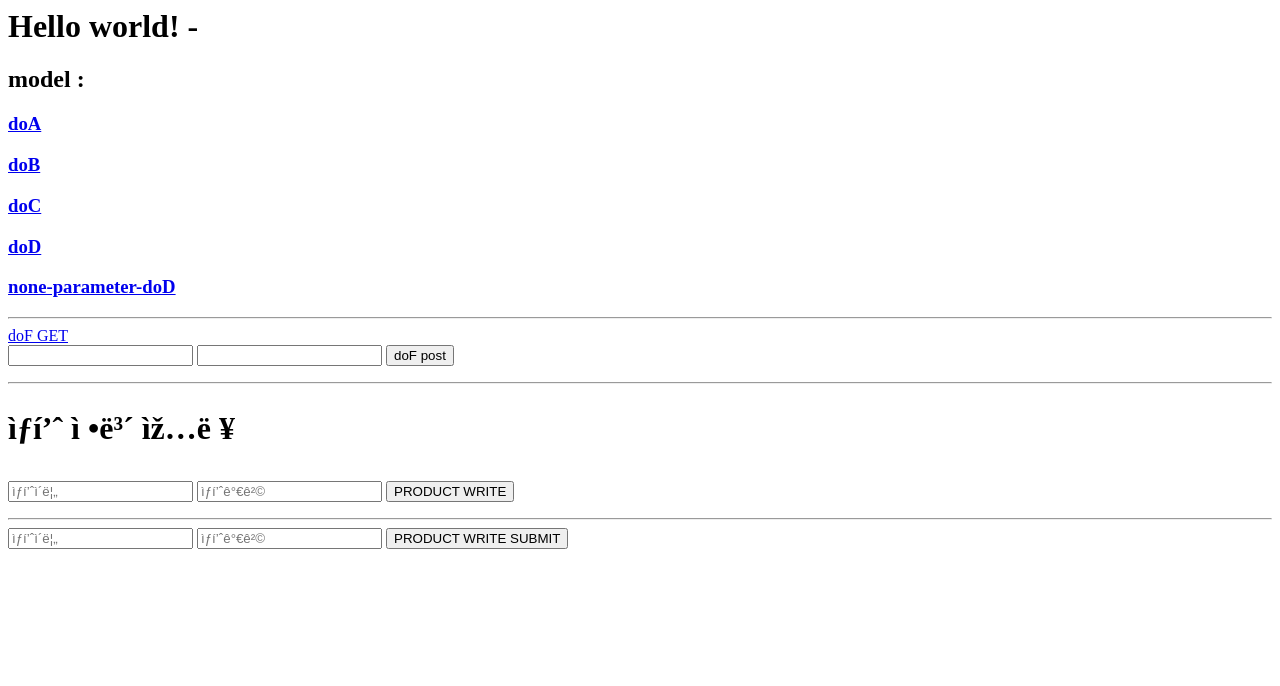
Repository: nanaball/springgg
Page: http://localhost/mvc_part01_controller/doC
An editor plug-in stored every save of this project. The page is shown before and after the next save, followed by the edit.
The browser window is 1280 px wide. The pictures show the whole page.
The page is served by Tomcat 9. Other server files are loaded and not shown. The template is opened directly, without the code that normally fills it, so the values that code supplies are empty.

Above is the page before, as saved 2024-02-05 06:55:31.

### workspace/mvc_part01_controller/src/main/webapp/WEB-INF/views/home.jsp
<%@ taglib uri="http://java.sun.com/jsp/jstl/core" prefix="c"%>
<%@ page session="true"%>
<html>
<head>
	<title>Home</title>
	<meta charset="UTF-8"/>
</head>
<body>
	<h1>Hello world! - ${sessionScope.test}</h1>
	<h2>model : ${requestScope.modelTest}</h2>
	<h3><a href="doA">doA</a></h3>
	<h3><a href="doB">doB</a></h3>
	<h3><a href="doC?msg=helloString">doC</a></h3>
	<h3><a href="doD?msg=helloString">doD</a></h3>
	<h3><a href="doD">none-parameter-doD</a></h3>

	<hr/>

	<a href = "doF">doF GET</a>
	<form action="doF" method="POST">
		<input type="text" name="name" required>
		<input type="number" name="age" required>
		<button>doF post</button>
	</form>

	<hr/>

	<h1>상품 정보 입력</h1>
	<form action = "productWrite" method="POST">
		<input type="text" name="name" placeholder="상품이름" required />
		<input type="number" name="price" placeholder="상품가격" required />
		<button>PRODUCT WRITE</button>
	</form>

	<hr/>

	<form action = "productWriteSubmit" method="POST">
		<input type="text" name="name" placeholder="상품이름" required />
		<input type="number" name="price" placeholder="상품가격" required />
		<button>PRODUCT WRITE SUBMIT</button>
	</form>
</body>
</html>

After the next save:
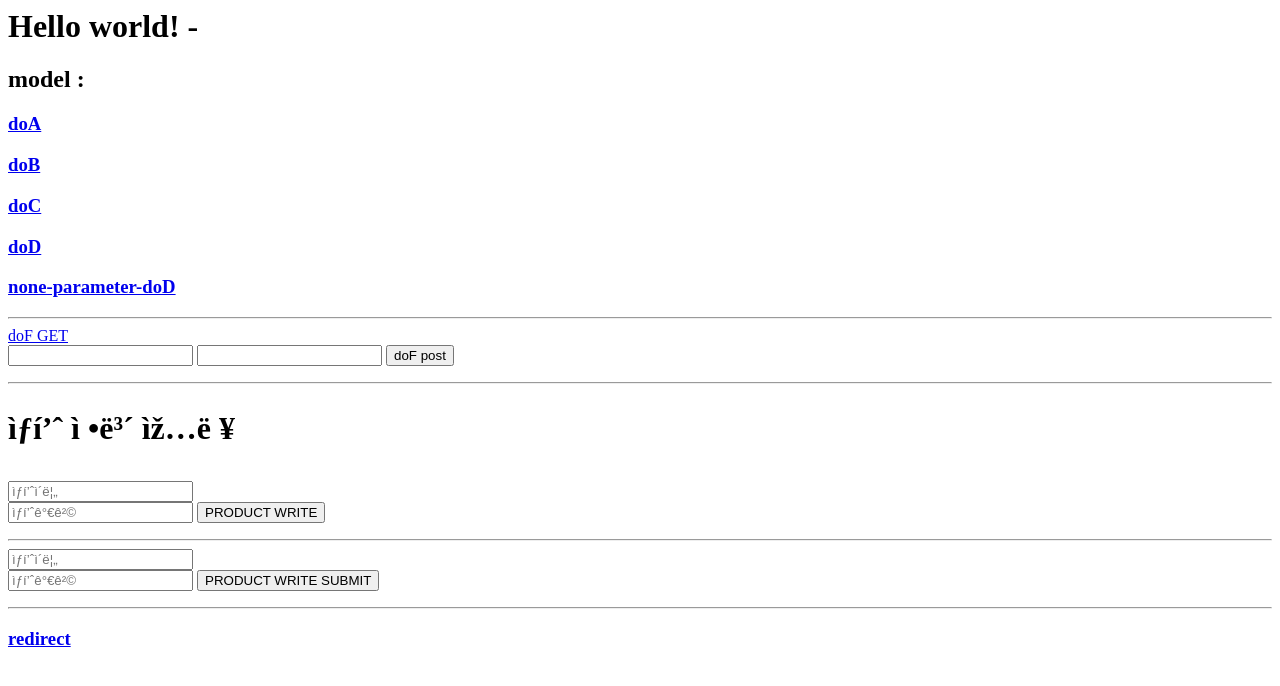
Saved 2 min 39 s later.
--- a/workspace/mvc_part01_controller/src/main/webapp/WEB-INF/views/home.jsp
+++ b/workspace/mvc_part01_controller/src/main/webapp/WEB-INF/views/home.jsp
@@ -27,7 +27,7 @@
 
 	<h1>상품 정보 입력</h1>
 	<form action = "productWrite" method="POST">
-		<input type="text" name="name" placeholder="상품이름" required />
+		<input type="text" name="name" placeholder="상품이름" required /> <br/>
 		<input type="number" name="price" placeholder="상품가격" required />
 		<button>PRODUCT WRITE</button>
 	</form>
@@ -35,9 +35,13 @@
 	<hr/>
 
 	<form action = "productWriteSubmit" method="POST">
-		<input type="text" name="name" placeholder="상품이름" required />
+		<input type="text" name="name" placeholder="상품이름" required /> <br/>
 		<input type="number" name="price" placeholder="상품가격" required />
 		<button>PRODUCT WRITE SUBMIT</button>
 	</form>
+
+	<hr/>
+
+	<h3><a href="redirect">redirect</a></h3>
 </body>
 </html>
